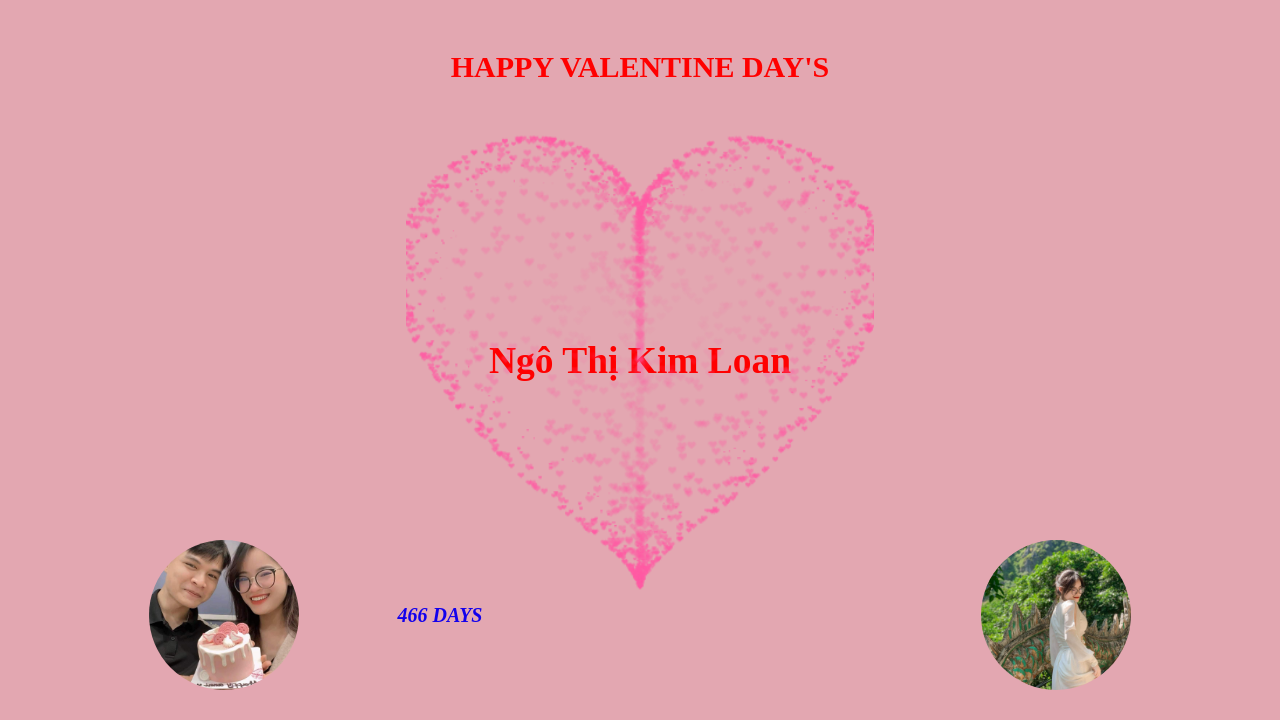
Repository: congbnvn0709/happy-valentine
Page: index.html
An editor plug-in stored every save of this project. The page is shown before and after the next save, followed by the edit.
The browser window is 1280 px wide. The pictures show the whole page.

Above is the page before, as saved 2023-01-30 23:48:39.

### index.html
<!DOCTYPE html PUBLIC "-//W3C//DTD HTML 4.0 Transitional//EN">
<html>
  <head>
    <title>Happy valentine day's</title>
    <meta name="Generator" content="EditPlus" />
    <meta name="Author" content="" />
    <meta name="Keywords" content="" />
    <meta name="Description" content="" />
    <link rel="stylesheet" type="text/css" href="style.css" />
  </head>

  <body>
    <p class="title">HAPPY VALENTINE DAY'S</p>
    <h1>Ngô Thị Kim Loan</h1>

    <div class="box">
      <canvas id="pinkboard"></canvas>
    </div>
    <div class="image">
        <img class="image1" src="./person1.jpg" alt="" srcset="">
        <em class="date">466 DAYS</em>
        <img class="image1" src="./person2.jpg" alt="" srcset="">
    </div>
    <script src="app.js"></script>
  </body>
</html>

### style.css
html,
body {
  height: 100%;
  padding: 0;
  margin: 0;
  background: rgb(227, 167, 177);
  display: flex;
  justify-content: center;
  align-items: center;
}

h1 {
  color: red;
}

.box {
  width: 100%;
  position: absolute;
  top: 50%;
  left: 50%;
  transform: translate(-50%, -50%);
  display: flex;
  flex-direction: column;
}

canvas {
  position: absolute;
  width: 100%;
  height: 100%;
}

#pinkboard {
  position: relative;
  margin: auto;
  height: 400px;
  width: 400px;
  animation: animate 2s infinite;
}

h1 {
  animation: animate 2s infinite;
}

#pinkboard:before,
#pinkboard:after {
  content: "";

  position: absolute;

  background: #ff5ca4;

  width: 100px;

  height: 160px;

  border-top-left-radius: 50px;

  border-top-right-radius: 50px;
}

#pinkboard:before {
  left: 100px;

  transform: rotate(-45deg);

  transform-origin: 0 100%;

  box-shadow: 0 14px 28px rgba(0, 0, 0, 0.25), 0 10px 10px rgba(0, 0, 0, 0.22);
}

#pinkboard:after {
  left: 0;

  transform: rotate(45deg);

  transform-origin: 100% 100%;
}

@keyframes animate {
  0% {
    transform: scale(1);
  }

  30% {
    transform: scale(0.8);
  }

  60% {
    transform: scale(1.2);
  }

  100% {
    transform: scale(1);
  }
}

.title {
  position: absolute;
  top: 20px;
  color: red;
  font-size: 30px;
  font-weight: 700;
}
.image{
    display: flex;
    width: 100%;
    justify-content: space-around;
    position: absolute;
    bottom: 30px;
}
.image1{
    width: 150px;
    height: 150px;
    border-radius: 50%;
    object-fit: cover;
}
.date{
    color: red;
    font-size: 20px;
    font-weight: bold;
    display: flex;
    align-items: center;
    animation: pulse 3s infinite alternate,
               nudge 5s linear infinite alternate;
}

@keyframes pulse {
    0%,100%{
        color: red;
    }
    50%{
        color: blue;
    }
}
@keyframes nudge {
    0%,100%{
        transform: translate(0,0);
    }
    50%{
        transform: translate(200px,0);
    }
    100%{
        transform: translate(-200px,0);
    }
}

### app.js
var settings = {
    particles: {
      length: 2000,
      duration: 3,
      velocity: 100,
      effect: -1,
      size: 8,
    },
  };

  (function () {
    var b = 0;

    var c = ["ms", "moz", "webkit", "o"];

    for (var a = 0; a < c.length && !window.requestAnimationFrame; ++a) {
      window.requestAnimationFrame = window[c[a] + "RequestAnimationFrame"];

      window.cancelAnimationFrame =
        window[c[a] + "CancelAnimationFrame"] ||
        window[c[a] + "CancelRequestAnimationFrame"];
    }

    if (!window.requestAnimationFrame) {
      window.requestAnimationFrame = function (h, e) {
        var d = new Date().getTime();

        var f = Math.max(0, 16 - (d - b));

        var g = window.setTimeout(function () {
          h(d + f);
        }, f);

        b = d + f;

        return g;
      };
    }

    if (!window.cancelAnimationFrame) {
      window.cancelAnimationFrame = function (d) {
        clearTimeout(d);
      };
    }
  })();

  var Point = (function () {
    function Point(x, y) {
      this.x = typeof x !== "undefined" ? x : 0;

      this.y = typeof y !== "undefined" ? y : 0;
    }

    Point.prototype.clone = function () {
      return new Point(this.x, this.y);
    };

    Point.prototype.length = function (length) {
      if (typeof length == "undefined")
        return Math.sqrt(this.x * this.x + this.y * this.y);

      this.normalize();

      this.x *= length;

      this.y *= length;

      return this;
    };

    Point.prototype.normalize = function () {
      var length = this.length();

      this.x /= length;

      this.y /= length;

      return this;
    };

    return Point;
  })();

  var Particle = (function () {
    function Particle() {
      this.position = new Point();

      this.velocity = new Point();

      this.acceleration = new Point();

      this.age = 0;
    }

    Particle.prototype.initialize = function (x, y, dx, dy) {
      this.position.x = x;

      this.position.y = y;

      this.velocity.x = dx;

      this.velocity.y = dy;

      this.acceleration.x = dx * settings.particles.effect;

      this.acceleration.y = dy * settings.particles.effect;

      this.age = 0;
    };

    Particle.prototype.update = function (deltaTime) {
      this.position.x += this.velocity.x * deltaTime;

      this.position.y += this.velocity.y * deltaTime;

      this.velocity.x += this.acceleration.x * deltaTime;

      this.velocity.y += this.acceleration.y * deltaTime;

      this.age += deltaTime;
    };

    Particle.prototype.draw = function (context, image) {
      function ease(t) {
        return --t * t * t + 1;
      }

      var size = image.width * ease(this.age / settings.particles.duration);

      context.globalAlpha = 1 - this.age / settings.particles.duration;

      context.drawImage(
        image,

        this.position.x - size / 2,

        this.position.y - size / 2,

        size,

        size
      );
    };

    return Particle;
  })();

  var ParticlePool = (function () {
    var particles,
      firstActive = 0,
      firstFree = 0,
      duration = settings.particles.duration;

    function ParticlePool(length) {
      particles = new Array(length);

      for (var i = 0; i < particles.length; i++)
        particles[i] = new Particle();
    }

    ParticlePool.prototype.add = function (x, y, dx, dy) {
      particles[firstFree].initialize(x, y, dx, dy);

      firstFree++;

      if (firstFree == particles.length) firstFree = 0;

      if (firstActive == firstFree) firstActive++;

      if (firstActive == particles.length) firstActive = 0;
    };

    ParticlePool.prototype.update = function (deltaTime) {
      var i;

      if (firstActive < firstFree) {
        for (i = firstActive; i < firstFree; i++)
          particles[i].update(deltaTime);
      }

      if (firstFree < firstActive) {
        for (i = firstActive; i < particles.length; i++)
          particles[i].update(deltaTime);

        for (i = 0; i < firstFree; i++) particles[i].update(deltaTime);
      }

      while (
        particles[firstActive].age >= duration &&
        firstActive != firstFree
      ) {
        firstActive++;

        if (firstActive == particles.length) firstActive = 0;
      }
    };

    ParticlePool.prototype.draw = function (context, image) {
      if (firstActive < firstFree) {
        for (i = firstActive; i < firstFree; i++)
          particles[i].draw(context, image);
      }

      if (firstFree < firstActive) {
        for (i = firstActive; i < particles.length; i++)
          particles[i].draw(context, image);

        for (i = 0; i < firstFree; i++) particles[i].draw(context, image);
      }
    };

    return ParticlePool;
  })();

  (function (canvas) {
    var context = canvas.getContext("2d"),
      particles = new ParticlePool(settings.particles.length),
      particleRate =
        settings.particles.length / settings.particles.duration,
      time;

    function pointOnHeart(t) {
      return new Point(
        160 * Math.pow(Math.sin(t), 3),

        130 * Math.cos(t) -
          50 * Math.cos(2 * t) -
          20 * Math.cos(3 * t) -
          10 * Math.cos(4 * t) +
          25
      );
    }

    var image = (function () {
      var canvas = document.createElement("canvas"),
        context = canvas.getContext("2d");

      canvas.width = settings.particles.size;

      canvas.height = settings.particles.size;

      function to(t) {
        var point = pointOnHeart(t);

        point.x =
          settings.particles.size / 2 +
          (point.x * settings.particles.size) / 350;

        point.y =
          settings.particles.size / 2 -
          (point.y * settings.particles.size) / 350;

        return point;
      }

      context.beginPath();

      var t = -Math.PI;

      var point = to(t);

      context.moveTo(point.x, point.y);

      while (t < Math.PI) {
        t += 0.01;

        point = to(t);

        context.lineTo(point.x, point.y);
      }

      context.closePath();

      context.fillStyle = "#FF5CA4";

      context.fill();

      var image = new Image();

      image.src = canvas.toDataURL();

      return image;
    })();

    function render() {
      requestAnimationFrame(render);

      var newTime = new Date().getTime() / 1000,
        deltaTime = newTime - (time || newTime);

      time = newTime;

      context.clearRect(0, 0, canvas.width, canvas.height);

      var amount = particleRate * deltaTime;

      for (var i = 0; i < amount; i++) {
        var pos = pointOnHeart(Math.PI - 2 * Math.PI * Math.random());

        var dir = pos.clone().length(settings.particles.velocity);

        particles.add(
          canvas.width / 2 + pos.x,

          canvas.height / 2 - pos.y,

          dir.x,

          -dir.y
        );
      }

      particles.update(deltaTime);

      particles.draw(context, image);
    }

    function onResize() {
      canvas.width = canvas.clientWidth;

      canvas.height = canvas.clientHeight;
    }

    window.onresize = onResize;

    setTimeout(function () {
      onResize();

      render();
    }, 10);
  })(document.getElementById("pinkboard"));

After the next save:
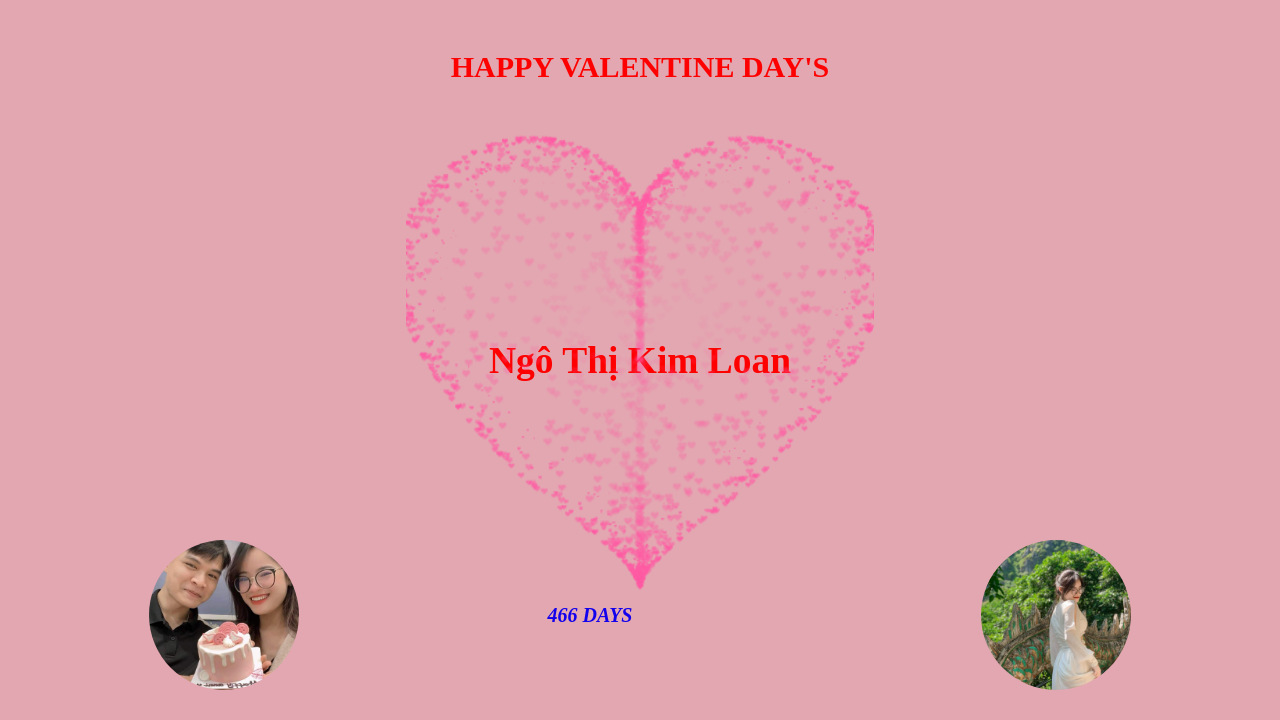
Saved 18 s later.
--- a/style.css
+++ b/style.css
@@ -137,9 +137,9 @@ h1 {
         transform: translate(0,0);
     }
     50%{
-        transform: translate(200px,0);
+        transform: translate(50px,0);
     }
     100%{
-        transform: translate(-200px,0);
+        transform: translate(-50px,0);
     }
 }
